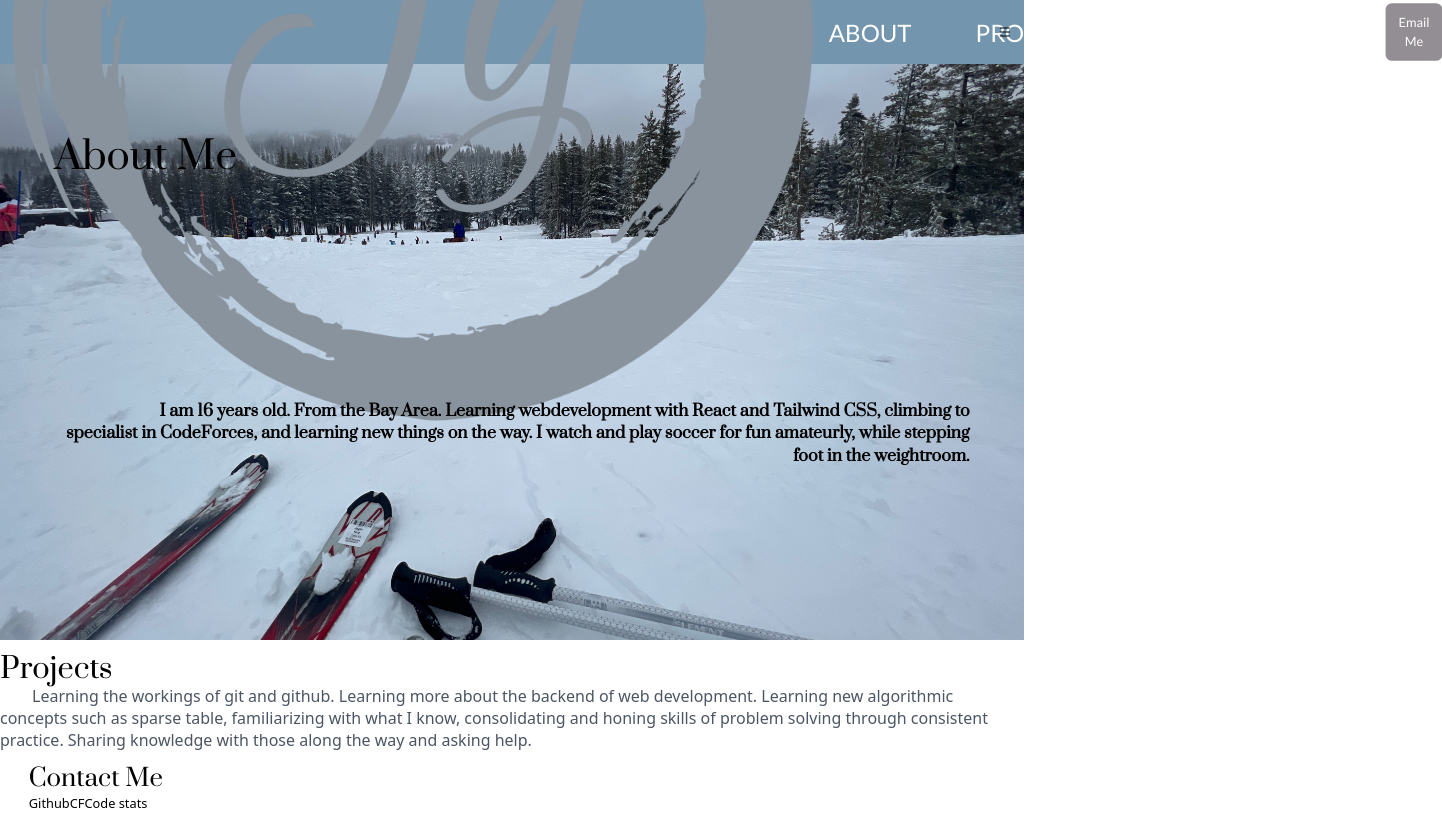
Repository: joshuayanggithub/joshua-yang-website
Page: /
These files come from the project's save history. The page is drawn as it stood at one moment and after the next save; the edit follows.
The browser window is 1280 px wide. The page is 1803 px wide, then 1280 px, then 1803 px, so the pictures cover 1803 px, including what lies to the right of the window. The pictures show the whole page, at 80% of full size.
Some web fonts or font styles are not loaded; a fallback is used. The project was rebuilt for these pictures with package versions that can differ from the ones it lists, and the page was loaded fresh each time.

Above is the page before, as saved 2023-01-09 12:04:54.

After the next save:
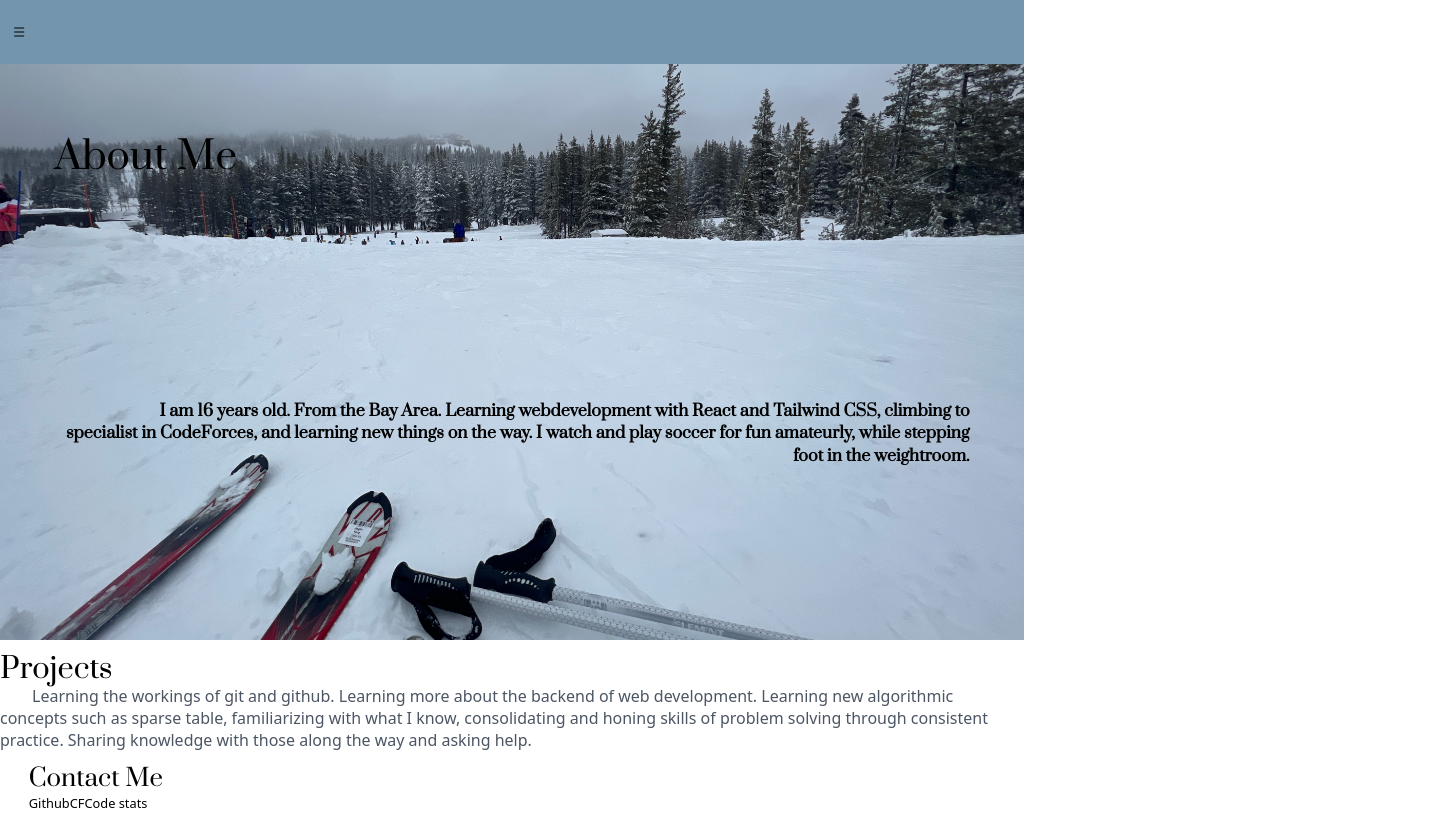
Saved 48 s later.
--- a/src/components/NavBar.jsx
+++ b/src/components/NavBar.jsx
@@ -27,7 +27,7 @@
   return (
     <div class="md:flex flex-row bg-sasskyblue w-full justify-between items-center h-20 mr-auto px-4">
 
-      <div class="hidden md:flex items-center">
+      <div class="hidden md: items-center">
         <img src="/imgs/logo-no-background.png" class="object-contain mx-h  "></img>
         <ul class="hidden md:flex gap-10 ">
           {

After the 2 saves that followed:
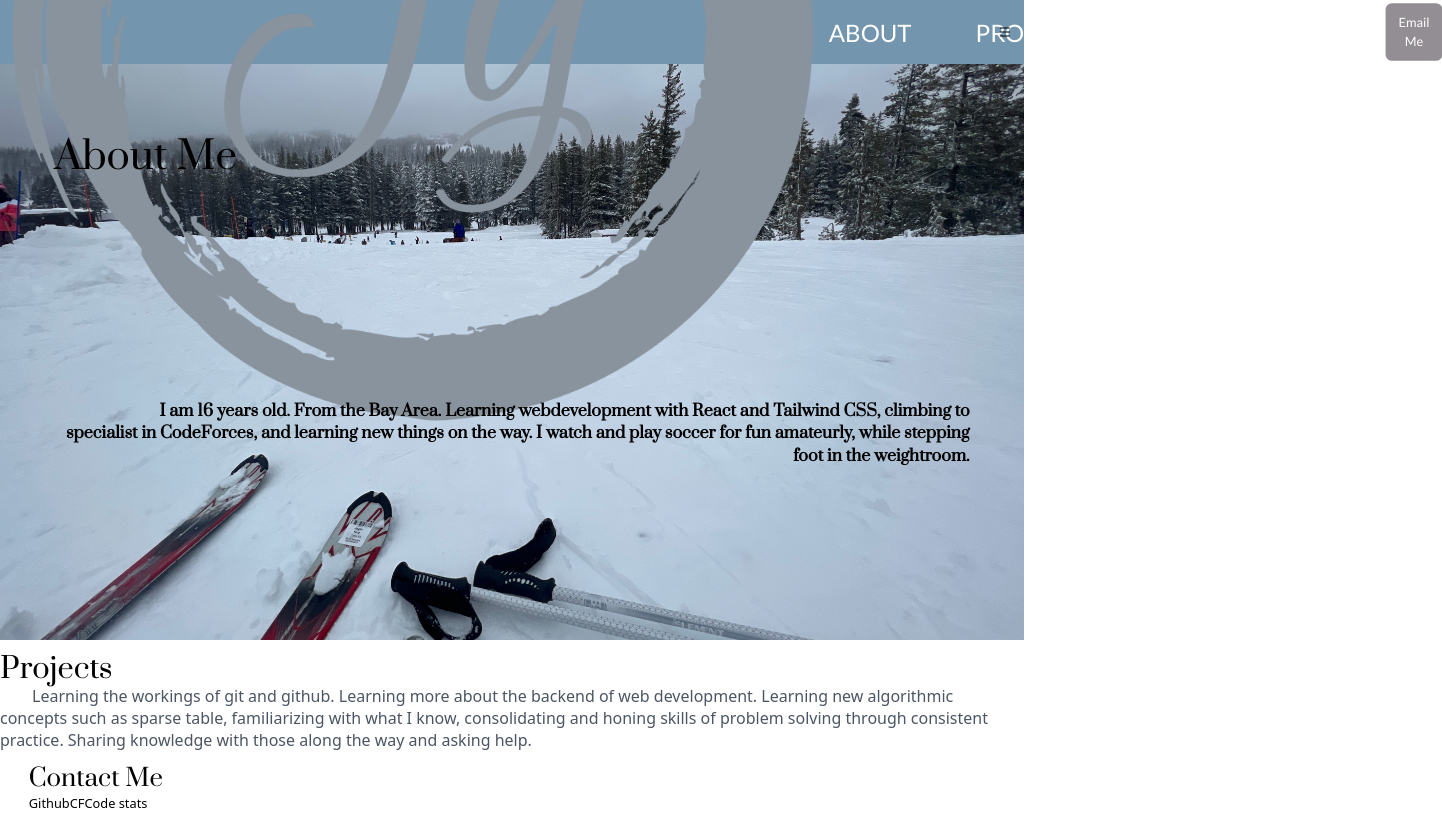
The 2 saves are shown as one change because they came seconds apart.
The last was saved 11 s later.
--- a/src/components/NavBar.jsx
+++ b/src/components/NavBar.jsx
@@ -27,7 +27,7 @@
   return (
     <div class="md:flex flex-row bg-sasskyblue w-full justify-between items-center h-20 mr-auto px-4">
 
-      <div class="hidden md: items-center">
+      <div class="hidden md:flex items-center">
         <img src="/imgs/logo-no-background.png" class="object-contain mx-h  "></img>
         <ul class="hidden md:flex gap-10 ">
           {
